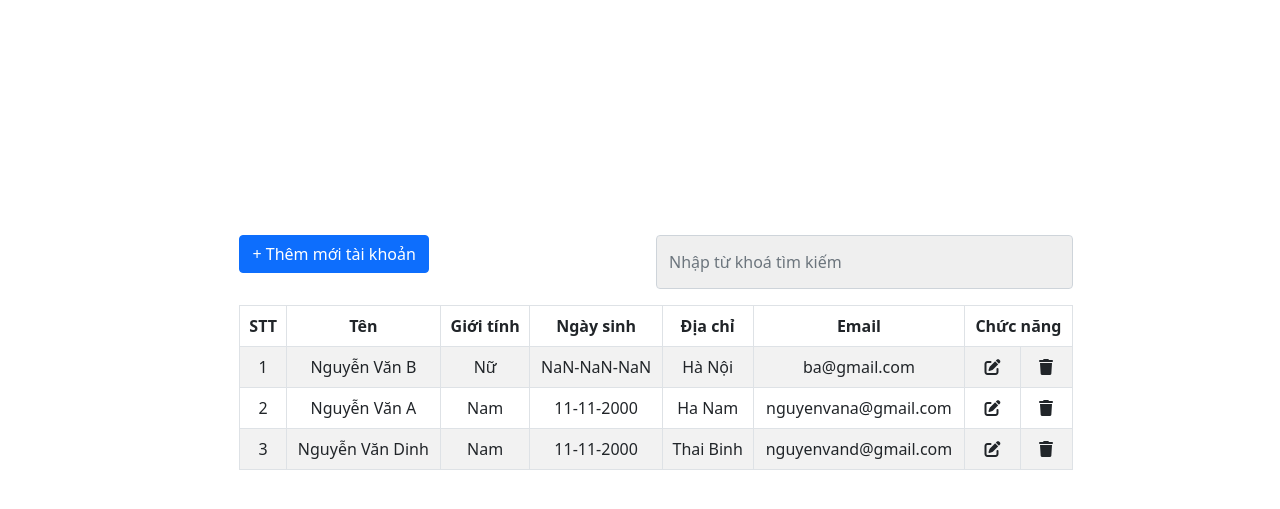
Repository: TinhTT336/MD02_Session12
Page: / (app in client/)
These files come from the project's save history. The page is drawn as it stood at one moment and after the next save; the edit follows.
The browser window is 1280 px wide. The pictures show the whole page.
The project was rebuilt for these pictures with package versions that can differ from the ones it lists, and the page was loaded fresh each time. Requests to the local data server were answered from the project's data file. Also part of the build but not shown: client/vite.config.js, client/src/components/admin/manager-product/FormAdd.jsx, client/src/components/admin/manager-product/FormEdit.jsx, client/src/pages/product/ListProduct.jsx, client/src/components/admin/manager-user/FormAddUser.jsx, client/src/components/admin/manager-user/FormEditUser.jsx.

Above is the page before, as saved 2023-09-12 10:47:16.

After the next save:
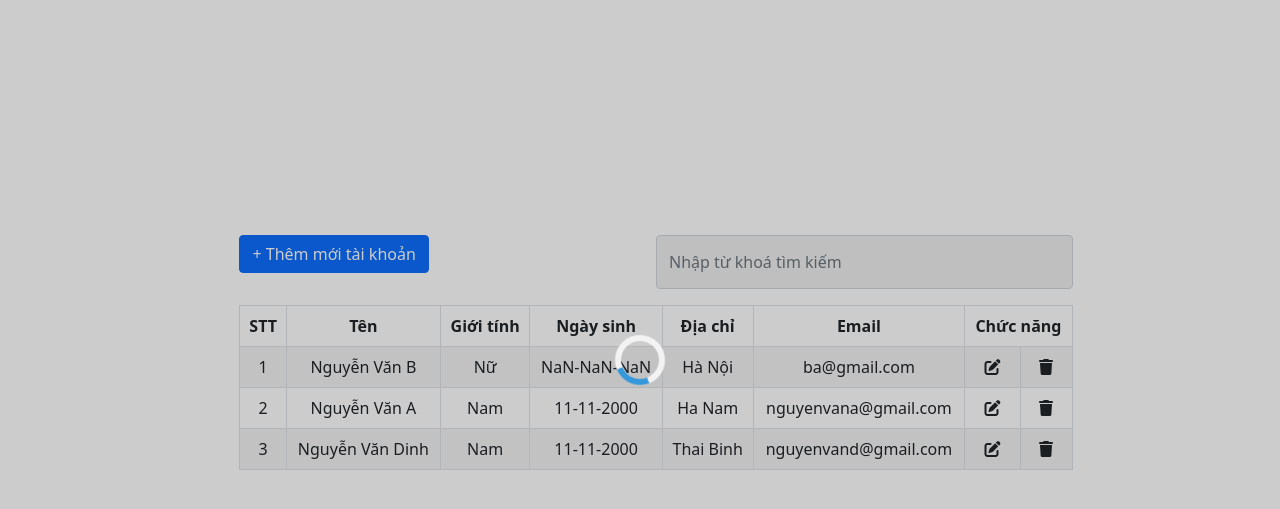
Saved 65 s later.
--- a/client/src/pages/admin/ListUser.jsx
+++ b/client/src/pages/admin/ListUser.jsx
@@ -19,8 +19,8 @@
         setShowLoading(true);
         await axios.get(`http://localhost:8000/users?user_name_like=${searchText}`)
             .then(response => setUsers(response.data))
-            .catch(error => console.log(error))
-        setShowLoading(false);
+            .catch(error => setShowLoading(true))
+
     }
 
     useEffect(() => {

After the 2 saves that followed:
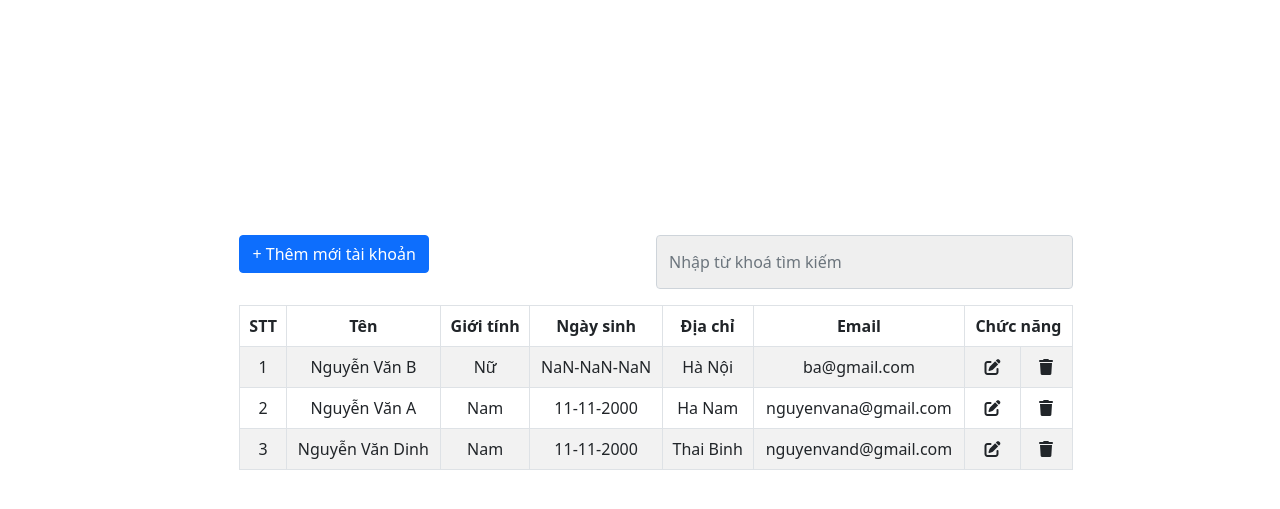
The 2 saves are shown as one change because 1 left the picture as it was.
The last was saved 68 s later.
--- a/client/src/pages/admin/ListUser.jsx
+++ b/client/src/pages/admin/ListUser.jsx
@@ -20,6 +20,7 @@
         await axios.get(`http://localhost:8000/users?user_name_like=${searchText}`)
             .then(response => setUsers(response.data))
             .catch(error => setShowLoading(true))
+        setShowLoading(false);
 
     }
 
